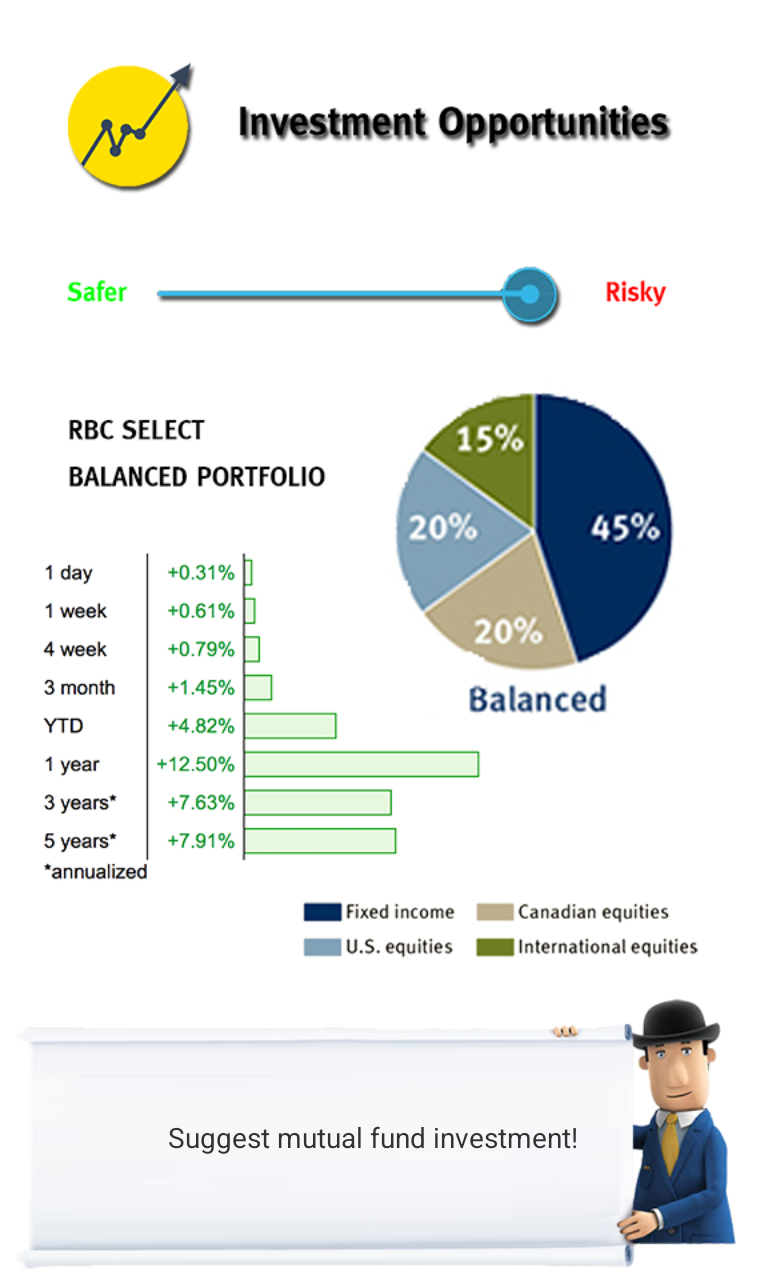
Repository: derek-zhan/RBCPrototypeChallenge
Layout: RBCPrototype/res/layout/fragment_investment.xml
The author's editor kept a copy of each file at every save. The layout is drawn from the files as they stood at one save, then again after the next save.
It is drawn on a 768 x 1280 px phone screen (xhdpi) without system bars, with theme AppTheme; the app's code is not run.

Above is the layout before, as saved 2014-06-07 04:25:01.

### RBCPrototype/res/layout/fragment_investment.xml
<?xml version="1.0" encoding="utf-8"?>
<RelativeLayout xmlns:android="http://schemas.android.com/apk/res/android"
    android:layout_width="match_parent"
    android:layout_height="match_parent"
    android:orientation="vertical" >


    <ImageView
        android:layout_width="wrap_content"
        android:layout_height="wrap_content"
    	android:src="@drawable/s7"
	/>

    <TextView
        android:layout_width="wrap_content"
        android:layout_height="wrap_content"
        android:layout_alignParentBottom="true"
        android:layout_alignParentLeft="true"
        android:background="@drawable/suggestion_arbie_small"
        android:gravity="center"
        android:text="Suggest mutual fund investment!" />

</RelativeLayout>

Loaded but not shown: RBCPrototype/res/values/styles.xml (common file); RBCPrototype/res/values-v11/styles.xml (common file); RBCPrototype/res/values-v14/styles.xml (common file)

After the next save:
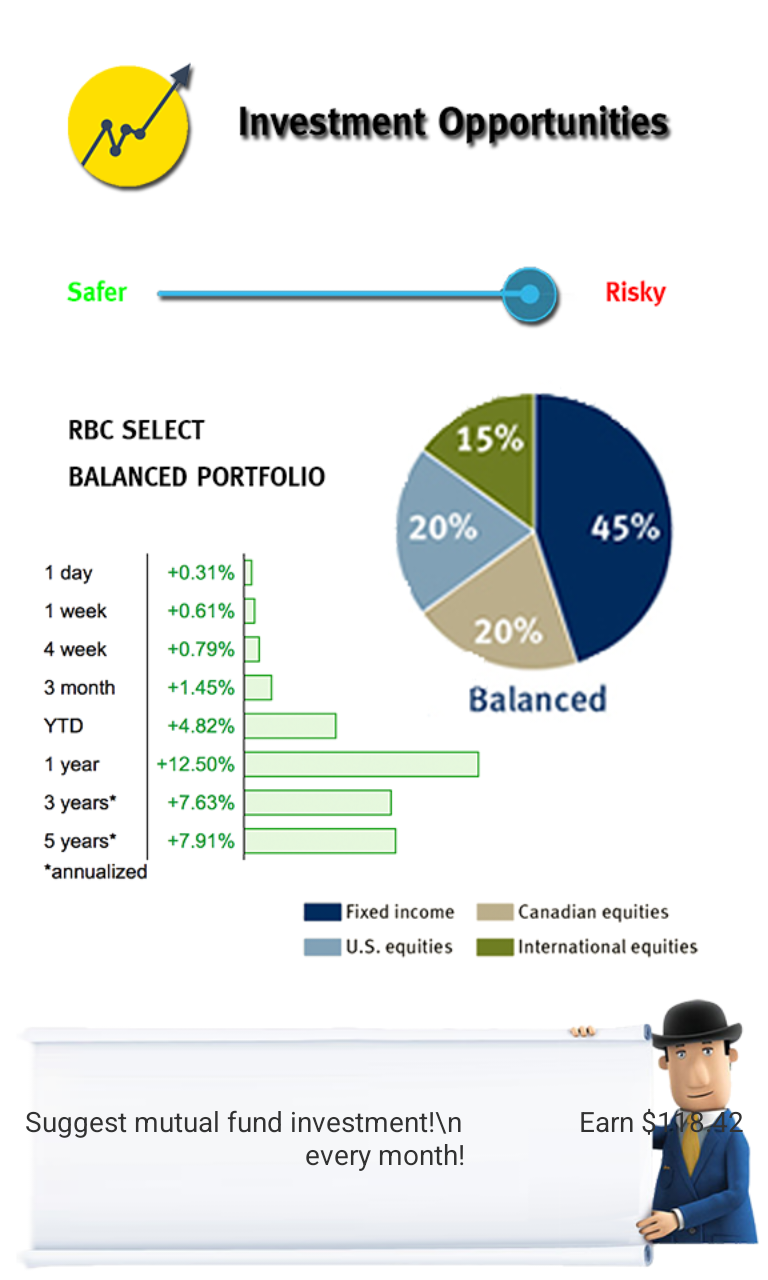
Saved 35 s later.
--- a/RBCPrototype/res/layout/fragment_investment.xml
+++ b/RBCPrototype/res/layout/fragment_investment.xml
@@ -18,6 +18,7 @@
         android:layout_alignParentLeft="true"
         android:background="@drawable/suggestion_arbie_small"
         android:gravity="center"
-        android:text="Suggest mutual fund investment!" />
+        android:text="Suggest mutual fund investment!\n
+        			  Earn $118.42 every month!" />
 
 </RelativeLayout>
